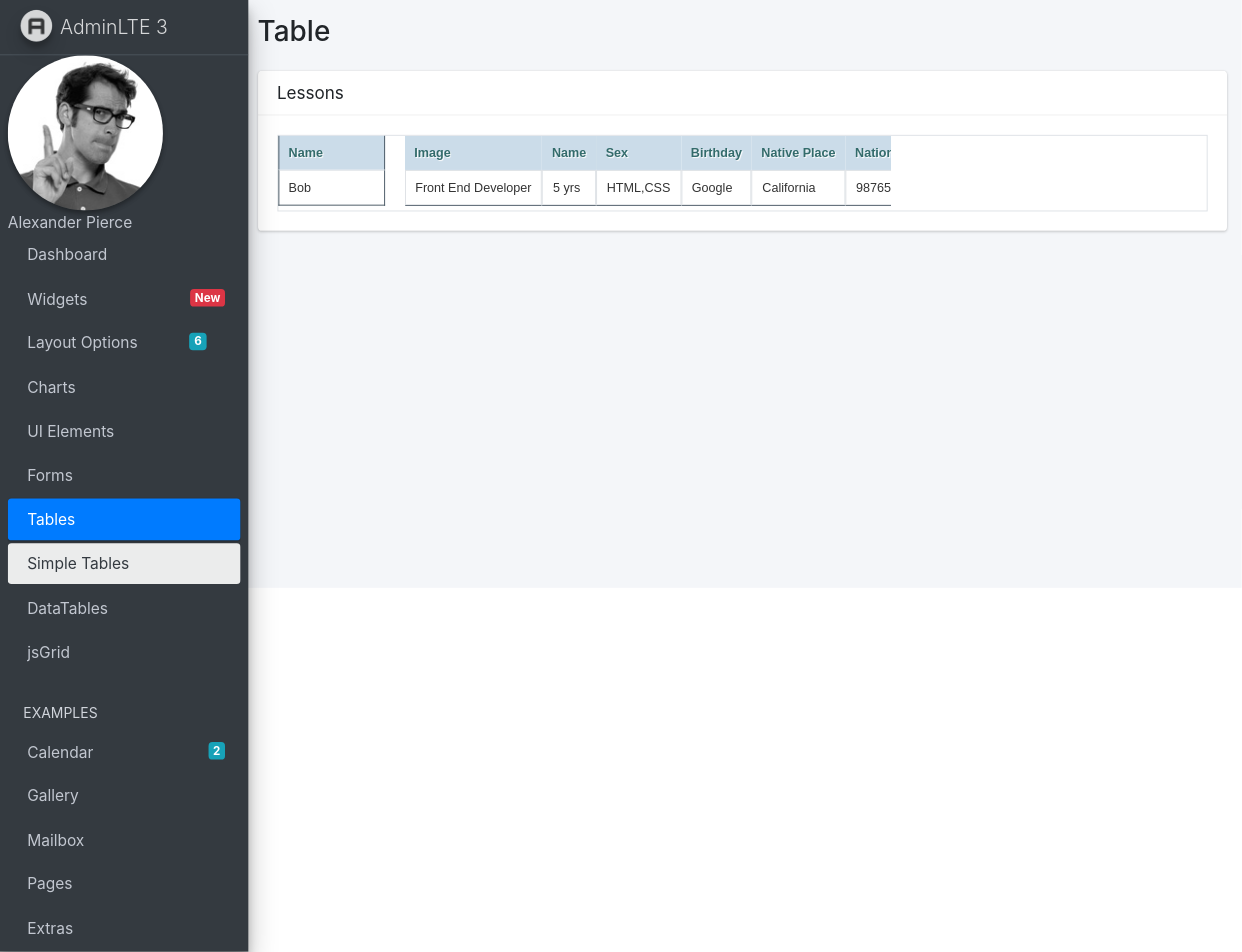
Repository: huyennvo/table
Page: http://localhost/table/students
The author's editor kept a copy of each file at every save. The page is drawn from the files as they stood at one save, then again after the next save.
The browser window is 1280 px wide. The pictures show the whole page, at 97% of full size.
Some web fonts or font styles are not loaded; a fallback is used. The page is served by the project's Laravel application, run on PHP 8.4 with Laravel 8. Other server files are loaded and not shown.

Above is the page before, as saved 2022-08-11 20:37:00.

### routes/web.php
<?php

use Illuminate\Support\Facades\Route;

/*
|--------------------------------------------------------------------------
| Web Routes
|--------------------------------------------------------------------------
|
| Here is where you can register web routes for your application. These
| routes are loaded by the RouteServiceProvider within a group which
| contains the "web" middleware group. Now create something great!
|
*/

Route::get('/table', function () {
    return view('index');
});

Route::get('/table/courses', function () {
    return view('courses');
});

Route::get('/table/lessons', function () {
    return view('lessons');
});

Route::get('/table/students', function () {
    return view('students');
});

### resources/views/students.blade.php
@extends('layouts.content-header')
@section('content-body')


<section class="content">
      <div class="container-fluid">
        <div class="row">
          <div class="col-md-12">
            <div class="card">
              <div class="card-header">
                <h3 class="card-title">Lessons</h3>
              </div>
              <!-- /.card-header -->
              <div class="card-body">

                <div class="table table-bordered">
  <div class="table-scroll">
    <table class="table-main">
        <thead>
            <tr>
                <th class="fix-col">Name</th>
                <th>Image</th>
                <th>Name</th>
                <th>Sex</th>
                <th>Birthday</th>
                <th>Native Place</th>
                <th>Nation</th>
                <th>Religion</th>
                <th>Citizen Identify</th>
                <th>Designation</th>
                <th>Experience</th>
                <th>Technology</th>
                <th>Company</th>
                <th>Location</th>
                <th>Contact No.</th>
                <th>Address</th>

            </tr>
        </thead>
        <tbody>
            <tr>
                <td class="fix-col">Bob</td>
                <td>Front End Developer</td>
                <td>5 yrs</td>
                <td>HTML,CSS</td>
                <td>Google</td>
                <td>California</td>
                <td>9876543210</td>
                <td>Google Office</td>
            </tr>

        </tbody>
    </table>
</div>
              </div>
              <!-- /.card-body -->

            </div>

          </div>

        </div>


        <!-- /.row -->

        <!-- /.row -->
      </div><!-- /.container-fluid -->
    </section>
    <!-- /.content -->
@endsection

### resources/views/layouts/content-header.blade.php
@extends('layouts.menu')
@section('content-header')
    <section class="content-header">
      <div class="container-fluid">
        <div class="row mb-2">
          <div class="col-sm-6">
            <h1>Table</h1>
          </div>
        </div>
      </div><!-- /.container-fluid -->
    </section>
@endsection

### resources/views/layouts/menu.blade.php
@extends('layouts.index')
@section('menu')
<div class= "main-sidebar sidebar-dark-primary elevation-4"  id="menu">

  <a href="../../index3.html" class="brand-link">
        <img src="../../dist/img/AdminLTELogo.png"
            alt="AdminLTE Logo"
            class="brand-image img-circle elevation-3"
            style="opacity: .8">
        <span class="brand-text font-weight-light">AdminLTE 3</span>
  </a>

  <!-- class="user-panel mt-3 pb-3 mb-3 d-flex"
  class="mt-2" -->
    <!-- Sidebar -->
    <div class="sidebar">
      <!-- Sidebar user (optional) -->
      <div>
        <div class="image">
          <img src="../../dist/img/user2-160x160.jpg" class="img-circle elevation-2" alt="User Image">
        </div>
        <div class="info">
          <a href="#" class="d-block">Alexander Pierce</a>
        </div>
      </div>

      <!-- Sidebar Menu -->
      <nav >
        <ul class="nav nav-pills nav-sidebar flex-column" data-widget="treeview" role="menu" data-accordion="false">
          <!-- Add icons to the links using the .nav-icon class
               with font-awesome or any other icon font library -->
          <li class="nav-item has-treeview">
            <a href="#" class="nav-link">
              <i class="nav-icon fas fa-tachometer-alt"></i>
              <p>
                Dashboard
                <i class="right fas fa-angle-left"></i>
              </p>
            </a>
            <ul class="nav nav-treeview">
              <li class="nav-item">
                <a href="../../index.html" class="nav-link">
                  <i class="far fa-circle nav-icon"></i>
                  <p>Dashboard v1</p>
                </a>
              </li>
              <li class="nav-item">
                <a href="../../index2.html" class="nav-link">
                  <i class="far fa-circle nav-icon"></i>
                  <p>Dashboard v2</p>
                </a>
              </li>
              <li class="nav-item">
                <a href="../../index3.html" class="nav-link">
                  <i class="far fa-circle nav-icon"></i>
                  <p>Dashboard v3</p>
                </a>
              </li>
            </ul>
          </li>
          <li class="nav-item">
            <a href="../widgets.html" class="nav-link">
              <i class="nav-icon fas fa-th"></i>
              <p>
                Widgets
                <span class="right badge badge-danger">New</span>
              </p>
            </a>
          </li>
          <li class="nav-item has-treeview">
            <a href="#" class="nav-link">
              <i class="nav-icon fas fa-copy"></i>
              <p>
                Layout Options
                <i class="fas fa-angle-left right"></i>
                <span class="badge badge-info right">6</span>
              </p>
            </a>
            <ul class="nav nav-treeview">
              <li class="nav-item">
                <a href="../layout/top-nav.html" class="nav-link">
                  <i class="far fa-circle nav-icon"></i>
                  <p>Top Navigation</p>
                </a>
              </li>
              <li class="nav-item">
                <a href="../layout/top-nav-sidebar.html" class="nav-link">
                  <i class="far fa-circle nav-icon"></i>
                  <p>Top Navigation + Sidebar</p>
                </a>
              </li>
              <li class="nav-item">
                <a href="../layout/boxed.html" class="nav-link">
                  <i class="far fa-circle nav-icon"></i>
                  <p>Boxed</p>
                </a>
              </li>
              <li class="nav-item">
                <a href="../layout/fixed-sidebar.html" class="nav-link">
                  <i class="far fa-circle nav-icon"></i>
                  <p>Fixed Sidebar</p>
                </a>
              </li>
              <li class="nav-item">
                <a href="../layout/fixed-topnav.html" class="nav-link">
                  <i class="far fa-circle nav-icon"></i>
                  <p>Fixed Navbar</p>
                </a>
              </li>
              <li class="nav-item">
                <a href="../layout/fixed-footer.html" class="nav-link">
                  <i class="far fa-circle nav-icon"></i>
                  <p>Fixed Footer</p>
                </a>
              </li>
              <li class="nav-item">
                <a href="../layout/collapsed-sidebar.html" class="nav-link">
                  <i class="far fa-circle nav-icon"></i>
                  <p>Collapsed Sidebar</p>
                </a>
              </li>
            </ul>
          </li>
          <li class="nav-item has-treeview">
            <a href="#" class="nav-link">
              <i class="nav-icon fas fa-chart-pie"></i>
              <p>
                Charts
                <i class="right fas fa-angle-left"></i>
              </p>
            </a>
            <ul class="nav nav-treeview">
              <li class="nav-item">
                <a href="../charts/chartjs.html" class="nav-link">
                  <i class="far fa-circle nav-icon"></i>
                  <p>ChartJS</p>
                </a>
              </li>
              <li class="nav-item">
                <a href="../charts/flot.html" class="nav-link">
                  <i class="far fa-circle nav-icon"></i>
                  <p>Flot</p>
                </a>
              </li>
              <li class="nav-item">
                <a href="../charts/inline.html" class="nav-link">
                  <i class="far fa-circle nav-icon"></i>
                  <p>Inline</p>
                </a>
              </li>
            </ul>
          </li>
          <li class="nav-item has-treeview">
            <a href="#" class="nav-link">
              <i class="nav-icon fas fa-tree"></i>
              <p>
                UI Elements
                <i class="fas fa-angle-left right"></i>
              </p>
            </a>
            <ul class="nav nav-treeview">
              <li class="nav-item">
                <a href="../UI/general.html" class="nav-link">
                  <i class="far fa-circle nav-icon"></i>
                  <p>General</p>
                </a>
              </li>
              <li class="nav-item">
                <a href="../UI/icons.html" class="nav-link">
                  <i class="far fa-circle nav-icon"></i>
                  <p>Icons</p>
                </a>
              </li>
              <li class="nav-item">
                <a href="../UI/buttons.html" class="nav-link">
                  <i class="far fa-circle nav-icon"></i>
                  <p>Buttons</p>
                </a>
              </li>
              <li class="nav-item">
                <a href="../UI/sliders.html" class="nav-link">
                  <i class="far fa-circle nav-icon"></i>
                  <p>Sliders</p>
                </a>
              </li>
              <li class="nav-item">
                <a href="../UI/modals.html" class="nav-link">
                  <i class="far fa-circle nav-icon"></i>
                  <p>Modals & Alerts</p>
                </a>
              </li>
              <li class="nav-item">
                <a href="../UI/navbar.html" class="nav-link">
                  <i class="far fa-circle nav-icon"></i>
                  <p>Navbar & Tabs</p>
                </a>
              </li>
              <li class="nav-item">
                <a href="../UI/timeline.html" class="nav-link">
                  <i class="far fa-circle nav-icon"></i>
                  <p>Timeline</p>
                </a>
              </li>
              <li class="nav-item">
                <a href="../UI/ribbons.html" class="nav-link">
                  <i class="far fa-circle nav-icon"></i>
                  <p>Ribbons</p>
                </a>
              </li>
            </ul>
          </li>
          <li class="nav-item has-treeview">
            <a href="#" class="nav-link">
              <i class="nav-icon fas fa-edit"></i>
              <p>
                Forms
                <i class="fas fa-angle-left right"></i>
              </p>
            </a>
            <ul class="nav nav-treeview">
              <li class="nav-item">
                <a href="../forms/general.html" class="nav-link">
                  <i class="far fa-circle nav-icon"></i>
                  <p>General Elements</p>
                </a>
              </li>
              <li class="nav-item">
                <a href="../forms/advanced.html" class="nav-link">
                  <i class="far fa-circle nav-icon"></i>
                  <p>Advanced Elements</p>
                </a>
              </li>
              <li class="nav-item">
                <a href="../forms/editors.html" class="nav-link">
                  <i class="far fa-circle nav-icon"></i>
                  <p>Editors</p>
                </a>
              </li>
              <li class="nav-item">
                <a href="../forms/validation.html" class="nav-link">
                  <i class="far fa-circle nav-icon"></i>
                  <p>Validation</p>
                </a>
              </li>
            </ul>
          </li>
          <li class="nav-item has-treeview menu-open">
            <a href="#" class="nav-link active">
              <i class="nav-icon fas fa-table"></i>
              <p>
                Tables
                <i class="fas fa-angle-left right"></i>
              </p>
            </a>
            <ul class="nav nav-treeview">
              <li class="nav-item">
                <a href="../tables/simple.html" class="nav-link active">
                  <i class="far fa-circle nav-icon"></i>
                  <p>Simple Tables</p>
                </a>
              </li>
              <li class="nav-item">
                <a href="../tables/data.html" class="nav-link">
                  <i class="far fa-circle nav-icon"></i>
                  <p>DataTables</p>
                </a>
              </li>
              <li class="nav-item">
                <a href="../tables/jsgrid.html" class="nav-link">
                  <i class="far fa-circle nav-icon"></i>
                  <p>jsGrid</p>
                </a>
              </li>
            </ul>
          </li>
          <li class="nav-header">EXAMPLES</li>
          <li class="nav-item">
            <a href="../calendar.html" class="nav-link">
              <i class="nav-icon far fa-calendar-alt"></i>
              <p>
                Calendar
                <span class="badge badge-info right">2</span>
              </p>
            </a>
          </li>
          <li class="nav-item">
            <a href="../gallery.html" class="nav-link">
              <i class="nav-icon far fa-image"></i>
              <p>
                Gallery
              </p>
            </a>
          </li>
          <li class="nav-item has-treeview">
            <a href="#" class="nav-link">
              <i class="nav-icon far fa-envelope"></i>
              <p>
                Mailbox
                <i class="fas fa-angle-left right"></i>
              </p>
            </a>
            <ul class="nav nav-treeview">
              <li class="nav-item">
                <a href="../mailbox/mailbox.html" class="nav-link">
                  <i class="far fa-circle nav-icon"></i>
                  <p>Inbox</p>
                </a>
              </li>
              <li class="nav-item">
                <a href="../mailbox/compose.html" class="nav-link">
                  <i class="far fa-circle nav-icon"></i>
                  <p>Compose</p>
                </a>
              </li>
              <li class="nav-item">
                <a href="../mailbox/read-mail.html" class="nav-link">
                  <i class="far fa-circle nav-icon"></i>
                  <p>Read</p>
                </a>
              </li>
            </ul>
          </li>
          <li class="nav-item has-treeview">
            <a href="#" class="nav-link">
              <i class="nav-icon fas fa-book"></i>
              <p>
                Pages
                <i class="fas fa-angle-left right"></i>
              </p>
            </a>
            <ul class="nav nav-treeview">
              <li class="nav-item">
                <a href="../examples/invoice.html" class="nav-link">
                  <i class="far fa-circle nav-icon"></i>
                  <p>Invoice</p>
                </a>
              </li>
              <li class="nav-item">
                <a href="../examples/profile.html" class="nav-link">
                  <i class="far fa-circle nav-icon"></i>
                  <p>Profile</p>
                </a>
              </li>
              <li class="nav-item">
                <a href="../examples/e-commerce.html" class="nav-link">
                  <i class="far fa-circle nav-icon"></i>
                  <p>E-commerce</p>
                </a>
              </li>
              <li class="nav-item">
                <a href="../examples/projects.html" class="nav-link">
                  <i class="far fa-circle nav-icon"></i>
                  <p>Projects</p>
                </a>
              </li>
              <li class="nav-item">
                <a href="../examples/project-add.html" class="nav-link">
                  <i class="far fa-circle nav-icon"></i>
                  <p>Project Add</p>
                </a>
              </li>
              <li class="nav-item">
                <a href="../examples/project-edit.html" class="nav-link">
                  <i class="far fa-circle nav-icon"></i>
                  <p>Project Edit</p>
                </a>
              </li>
              <li class="nav-item">
                <a href="../examples/project-detail.html" class="nav-link">
                  <i class="far fa-circle nav-icon"></i>
                  <p>Project Detail</p>
                </a>
              </li>
              <li class="nav-item">
                <a href="../examples/contacts.html" class="nav-link">
                  <i class="far fa-circle nav-icon"></i>
                  <p>Contacts</p>
                </a>
              </li>
            </ul>
          </li>
          <li class="nav-item has-treeview">
            <a href="#" class="nav-link">
              <i class="nav-icon far fa-plus-square"></i>
              <p>
                Extras
                <i class="fas fa-angle-left right"></i>
              </p>
            </a>
            <ul class="nav nav-treeview">
              <li class="nav-item">
                <a href="../examples/login.html" class="nav-link">
                  <i class="far fa-circle nav-icon"></i>
                  <p>Login</p>
                </a>
              </li>
              <li class="nav-item">
                <a href="../examples/register.html" class="nav-link">
                  <i class="far fa-circle nav-icon"></i>
                  <p>Register</p>
                </a>
              </li>
              <li class="nav-item">
                <a href="../examples/forgot-password.html" class="nav-link">
                  <i class="far fa-circle nav-icon"></i>
                  <p>Forgot Password</p>
                </a>
              </li>
              <li class="nav-item">
                <a href="../examples/recover-password.html" class="nav-link">
                  <i class="far fa-circle nav-icon"></i>
                  <p>Recover Password</p>
                </a>
              </li>
              <li class="nav-item">
                <a href="../examples/lockscreen.html" class="nav-link">
                  <i class="far fa-circle nav-icon"></i>
                  <p>Lockscreen</p>
                </a>
              </li>
              <li class="nav-item">
                <a href="../examples/legacy-user-menu.html" class="nav-link">
                  <i class="far fa-circle nav-icon"></i>
                  <p>Legacy User Menu</p>
                </a>
              </li>
              <li class="nav-item">
                <a href="../examples/language-menu.html" class="nav-link">
                  <i class="far fa-circle nav-icon"></i>
                  <p>Language Menu</p>
                </a>
              </li>
              <li class="nav-item">
                <a href="../examples/404.html" class="nav-link">
                  <i class="far fa-circle nav-icon"></i>
                  <p>Error 404</p>
                </a>
              </li>
              <li class="nav-item">
                <a href="../examples/500.html" class="nav-link">
                  <i class="far fa-circle nav-icon"></i>
                  <p>Error 500</p>
                </a>
              </li>
              <li class="nav-item">
                <a href="../examples/pace.html" class="nav-link">
                  <i class="far fa-circle nav-icon"></i>
                  <p>Pace</p>
                </a>
              </li>
              <li class="nav-item">
                <a href="../examples/blank.html" class="nav-link">
                  <i class="far fa-circle nav-icon"></i>
                  <p>Blank Page</p>
                </a>
              </li>
              <li class="nav-item">
                <a href="../../starter.html" class="nav-link">
                  <i class="far fa-circle nav-icon"></i>
                  <p>Starter Page</p>
                </a>
              </li>
            </ul>
          </li>


        </ul>
      </nav>
      <!-- /.sidebar-menu -->
    </div>
    <!-- /.sidebar -->
</div>
    <!-- <aside >

    </aside> -->

@endsection

### resources/views/layouts/index.blade.php
<!DOCTYPE html>
<html>
<head>
  <meta charset="utf-8">
  <meta http-equiv="X-UA-Compatible" content="IE=edge">
  <title>Table</title>
  <meta name="viewport" content="width=device-width, initial-scale=1">

  <link rel="stylesheet" href="{{asset('css/adminlte.min.css')}}">
  <link rel="stylesheet" href="{{asset('css/style.css')}}">
  <!-- Google Font: Source Sans Pro -->
  <link href="https://fonts.googleapis.com/css?family=Source+Sans+Pro:300,400,400i,700" rel="stylesheet">
</head>
<body class="hold-transition sidebar-mini">
<div class="wrapper">
@yield('menu')

<div class="content-wrapper">

@yield('content-header')

@yield('content-body')

</div>


  <!-- /.content-wrapper -->
  <!-- /.control-sidebar -->
</div>

</body>
</html>

### public/css/style.css
th {
    text-align: center;
}

.course-id {
    text-align: center;
}

.name {
    text-align: center;
}

#menu {
    background-color: #343A40;
    width: 20vw;
    /* height: 100% !important; */
    overflow: auto;
}

.table-main {
    border: none;
    border-right: solid 1px rgb(75, 90, 102);
    border-collapse: separate;
    border-spacing: 0;
    font: normal 13px Arial, sans-serif;
}

.table-main thead th {
    background-color: rgb(203, 220, 233);
    border: none;
    color: #336B6B;
    padding: 10px;
    text-align: left;
    text-shadow: 1px 1px 1px #fff;
    white-space: nowrap;
}

.table-main tbody td {
    border-bottom: solid 1px rgb(75, 90, 102);
    color: #333;
    padding: 10px;
    text-shadow: 1px 1px 1px #fff;
    white-space: nowrap;
}

.table {
    position: relative;
}

.table-scroll {
    margin-left: 131px;
    overflow-x: scroll;
    overflow-y: visible;
    padding-bottom: 5px;
    width: 500px;
}

.table-main .fix-col {
    border-left: solid 1px rgb(75, 90, 102);
    border-right: solid 1px rgb(75, 90, 102);
    left: 0;
    position: absolute;
    top: auto;
    width: 110px;
}

Loaded but not shown: public/css/adminlte.min.css (library)

After the next save:
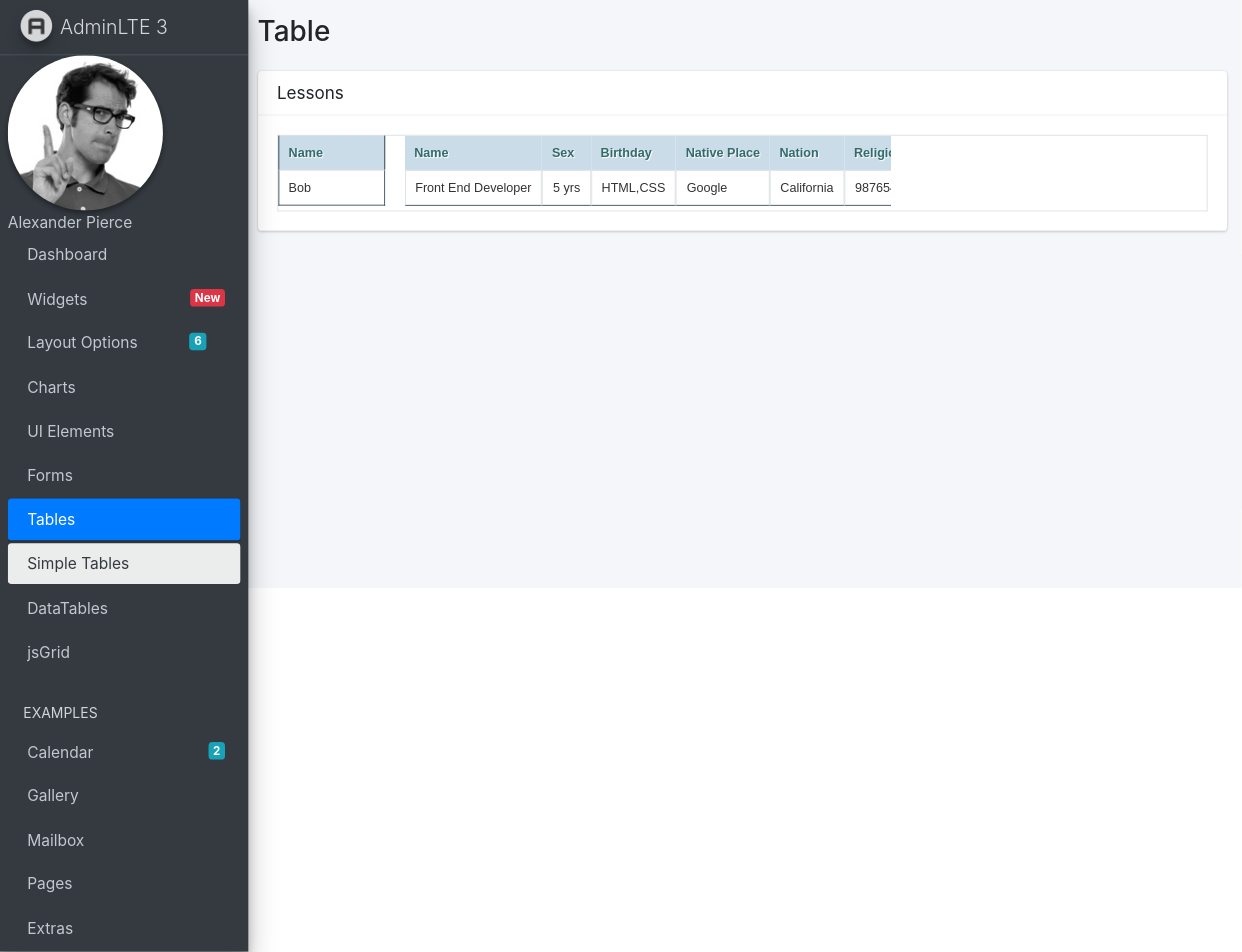
Saved 101 s later.
--- a/resources/views/students.blade.php
+++ b/resources/views/students.blade.php
@@ -18,8 +18,10 @@
     <table class="table-main">
         <thead>
             <tr>
+                <th class="fix-col">ID</th>
+                <th class="fix-col">Image</th>
                 <th class="fix-col">Name</th>
-                <th>Image</th>
+
                 <th>Name</th>
                 <th>Sex</th>
                 <th>Birthday</th>
